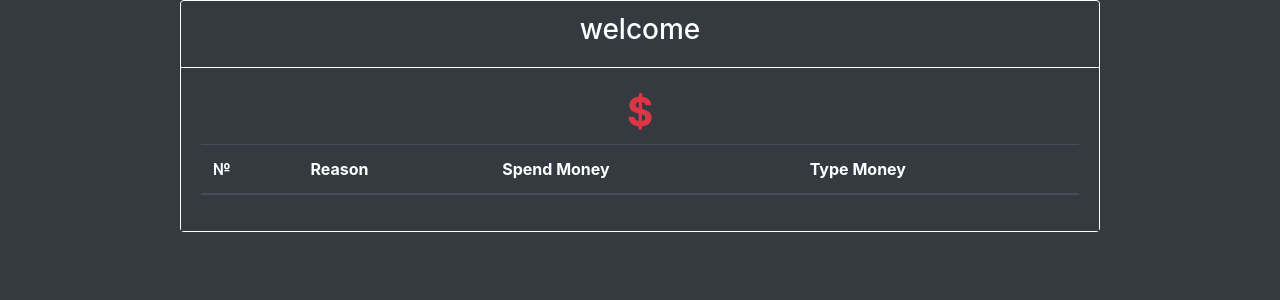
Repository: surefaceJS/allMyWorkInaliLinux
Page: hardcha/index.html
The author's editor kept a copy of each file at every save. The page is drawn from the files as they stood at one save, then again after the next save.
The browser window is 1280 px wide. The pictures show the whole page.

Above is the page before, as saved 2021-04-19 11:41:15.

After the next save:
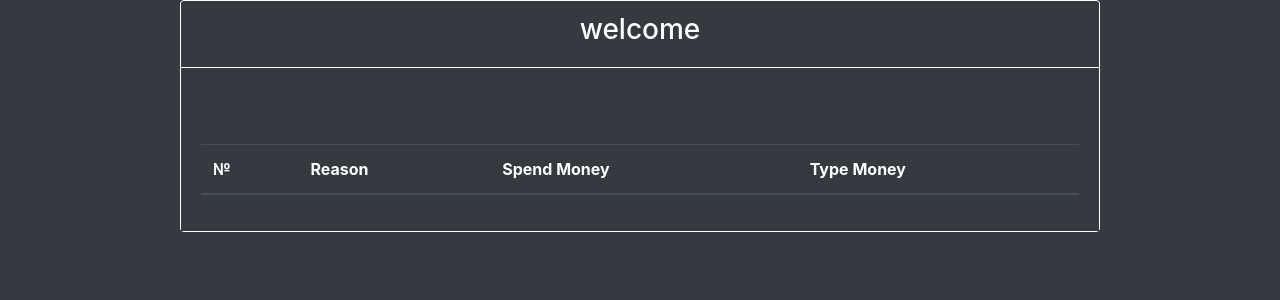
Saved 4 s later.
--- a/hardcha/index.html
+++ b/hardcha/index.html
@@ -24,7 +24,7 @@
                         <h3>welcome <span id="pushName"></span> </h3>
                     </div>
                     <div class="card-body bg bg-dark">
-                        <h1 class="text-danger text-center text-uppercase font-intel-bold" id="pushMonay"><span class="">$</span></h1>
+                        <h1 class="text-danger text-center text-uppercase font-intel-bold" id="pushMonay"><span class="text-hide">$</span></h1>
 
                         <table class="table table-dark table-hover table-striped">
                             <thead>
